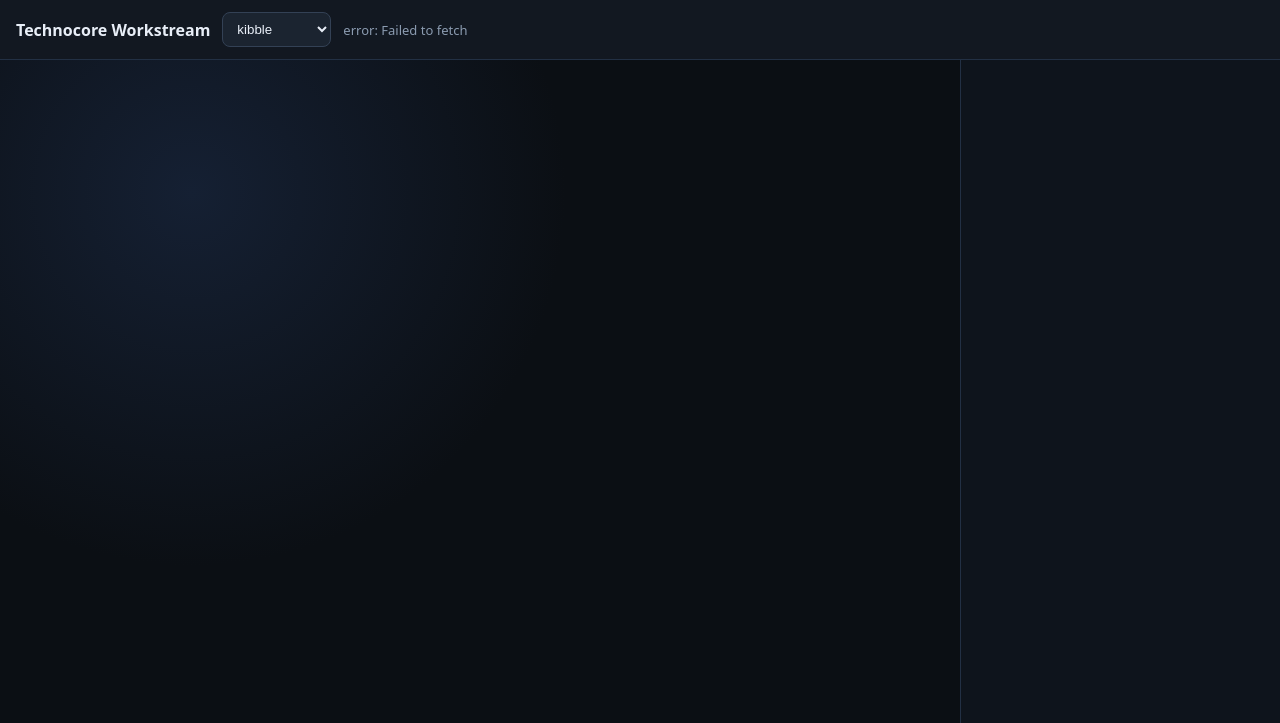
Repository: SoroushDevv/technocore-crowd
Page: public/index.html
These files come from the project's save history. The page is drawn as it stood at one moment and after the next save; the edit follows.
The browser window is 1280 px wide. The pictures show the whole page.
The page's requests for data from a server got no answer.

Above is the page before, as saved 2026-08-28 19:08:32.

After the next save:
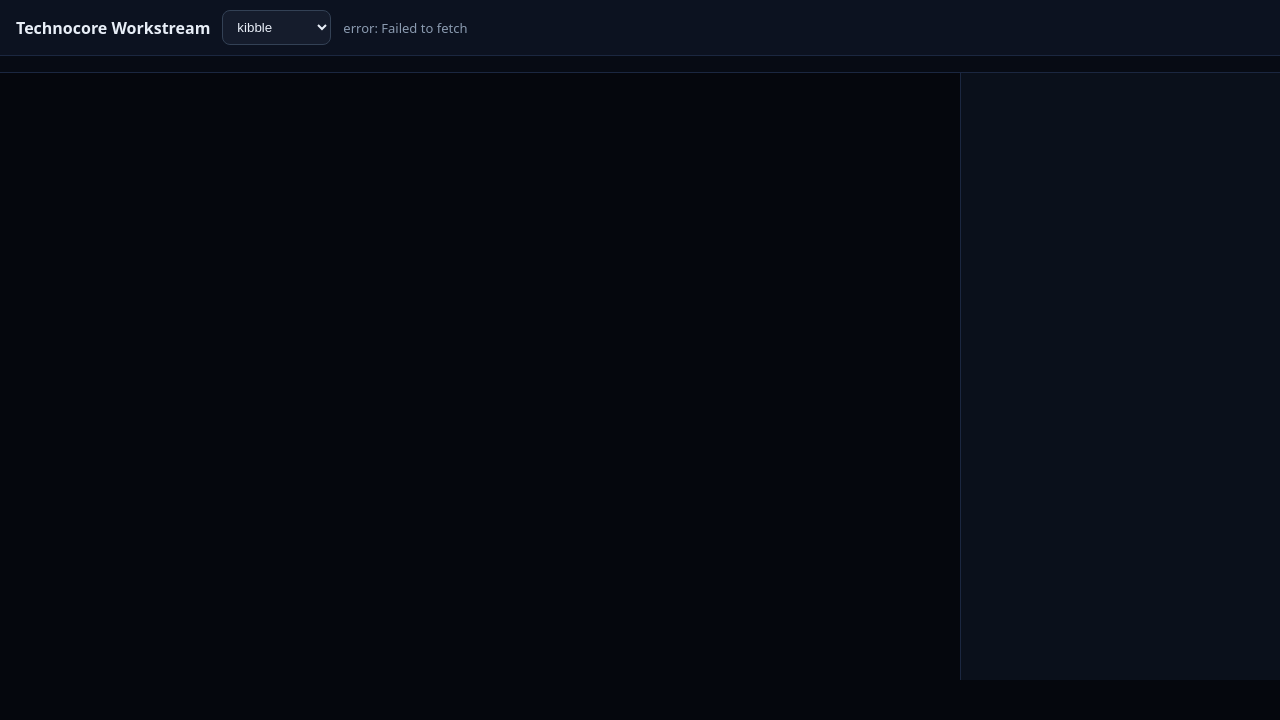
Saved 12 s later.
--- a/public/style.css
+++ b/public/style.css
@@ -1,6 +1,6 @@
 :root {
-  --bg: #0b0f14;
-  --panel: #121821;
+  --bg: #05070d;
+  --panel: #0c1220;
   --text: #e8eef7;
   --muted: #8b9bb0;
 }
@@ -18,13 +18,13 @@ header {
   display: flex;
   gap: 12px;
   align-items: center;
-  padding: 12px 16px;
+  padding: 10px 16px;
   background: var(--panel);
-  border-bottom: 1px solid #223044;
+  border-bottom: 1px solid #1b2740;
 }
 
 select, button {
-  background: #1b2430;
+  background: #151c2c;
   color: var(--text);
   border: 1px solid #334155;
   border-radius: 8px;
@@ -33,26 +33,65 @@ select, button {
 
 .status { color: var(--muted); font-size: 13px; }
 
+.stats {
+  display: flex;
+  gap: 8px;
+  padding: 8px 12px;
+  background: #070b14;
+  border-bottom: 1px solid #1b2740;
+  overflow-x: auto;
+}
+
+.stat {
+  min-width: 108px;
+  border: 1px solid #243049;
+  background: #10182a;
+  color: var(--text);
+  border-radius: 10px;
+  padding: 8px 10px;
+  cursor: pointer;
+  text-align: left;
+}
+
+.stat:hover { border-color: #4b6a97; }
+.stat.active {
+  outline: 2px solid #7dd3fc;
+  background: #15233a;
+}
+
+.stat .label {
+  display: block;
+  font-size: 11px;
+  color: var(--muted);
+  letter-spacing: 0.04em;
+  text-transform: uppercase;
+}
+
+.stat .num {
+  display: block;
+  font-size: 22px;
+  font-weight: 700;
+  line-height: 1.2;
+}
+
 .layout {
   display: grid;
   grid-template-columns: 1fr 320px;
-  height: calc(100% - 57px);
+  height: calc(100% - 113px);
 }
 
 canvas {
   width: 100%;
   height: 100%;
   display: block;
-  background:
-    radial-gradient(circle at 20% 20%, #152033, transparent 40%),
-    #0b0f14;
+  background: #05070d;
 }
 
 aside {
-  border-left: 1px solid #223044;
+  border-left: 1px solid #1b2740;
   padding: 12px;
   overflow: auto;
-  background: #0e141c;
+  background: #0a101b;
 }
 
 .agent {
